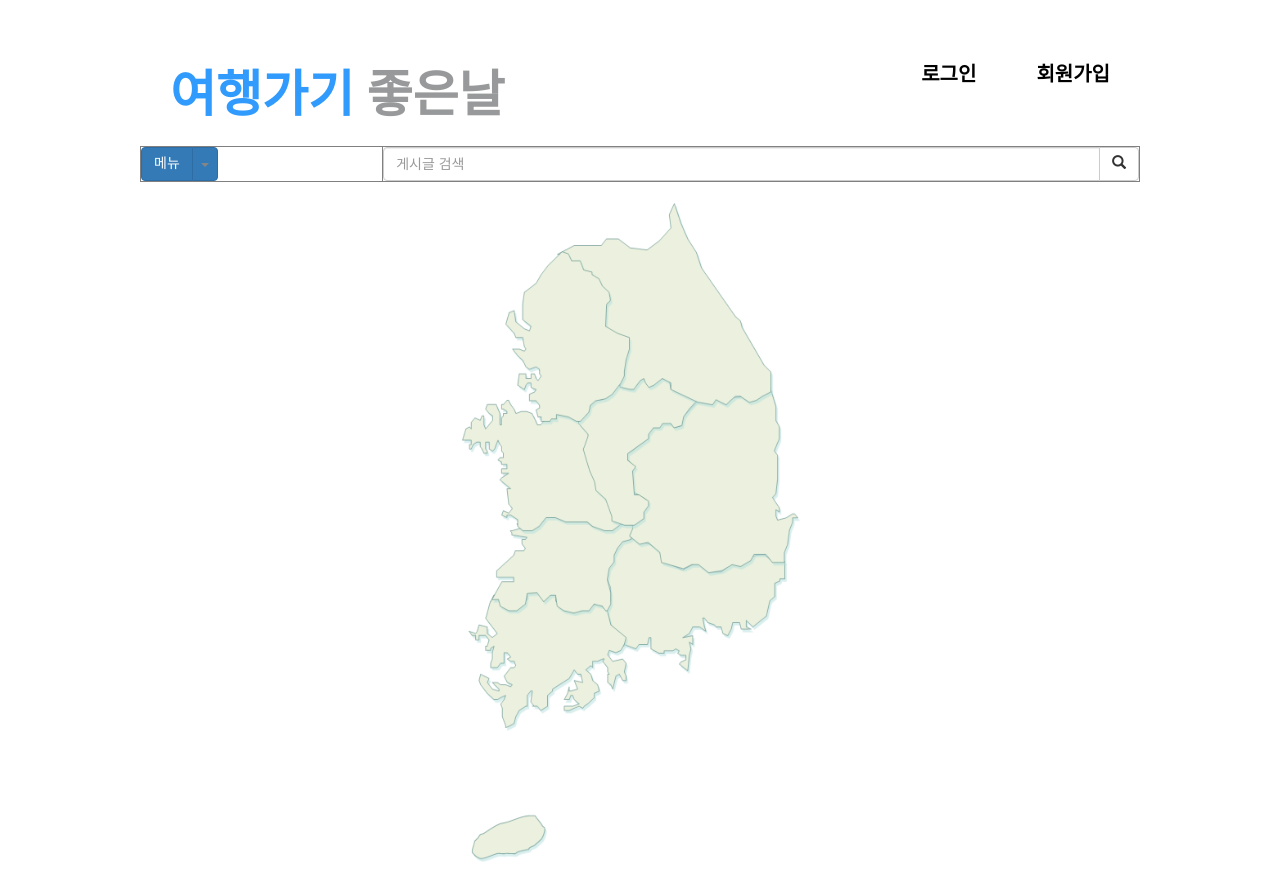
Repository: Hotmintchoco/teamProject1
Page: http://localhost/tripProject/mypage.jsp
The author's editor kept a copy of each file at every save. The page is drawn from the files as they stood at one save, then again after the next save.
The browser window is 1280 px wide. The pictures show the whole page.
Some web fonts or font styles are not loaded; a fallback is used. The page is served by Tomcat 9. Nobody is signed in. The application's start-up code is not run. Other server files are loaded and not shown.

Above is the page before, as saved 2022-07-02 11:39:27.

### tripProject/src/main/webapp/mypage.jsp
<%@ page language="java" contentType="text/html; charset=UTF-8"
    pageEncoding="UTF-8"%>
<!DOCTYPE html>
<html>
<head>
<meta charset="UTF-8">
    <meta name="viewport" content="width=device-width, initial-scale=1.0">
    <title>여행가기 좋은날</title>
    <link rel="preconnect" href="https://fonts.googleapis.com">
	<link rel="preconnect" href="https://fonts.gstatic.com" crossorigin>
	<link href="https://fonts.googleapis.com/css2?family=Gugi&display=swap" rel="stylesheet">
    <link rel="stylesheet" href="fontawesome/css/all.min.css"> <!-- https://fontawesome.com/ -->
    <link rel="stylesheet" href="css/magnific-popup.css">
    <link rel="stylesheet" href="css/templatemo-ocean-vibes.css">
    <link rel="stylesheet" href="https://maxcdn.bootstrapcdn.com/bootstrap/3.4.1/css/bootstrap.min.css">
    <script src="https://ajax.googleapis.com/ajax/libs/jquery/3.6.0/jquery.min.js"></script>
  	<script src="https://maxcdn.bootstrapcdn.com/bootstrap/3.4.1/js/bootstrap.min.js"></script>

    <style>
    	* {font-family: 'Gugi', cursive}
        ul,ol.li {list-style: none; margin: 0; padding: 0;}
        nav {width: 1000px; height: 50px; margin:0 auto;}
	    nav > ul > li > a {float: right; color: black; font-size: 20px;
            text-decoration: none; margin: 0px 30px 0 30px;
            font-weight: bold;}
        #slider {width: 1000px; height: 700px; margin: 0 auto;}
        #slider > img {margin-left: 250px;}
        .tm-mt-0 {float: left; font-size: 50px;}
        #menubar {width: 1000px; margin: 0 auto;}
    </style>
</head>
<body>
    <header class="tm-site-header">
        <div>
            <nav>
                <ul>
                    <li><a href="#">회원가입</a></li>
                    <li><a href="#">로그인</a></li>
                    <li><a href="mypage.jsp" class="tm-mt-0 tm-mb-15"><span class="tm-color-primary">여행가기</span> <span class="tm-color-gray-2">좋은날</span></a></li>
                </ul>
            </nav>
        </div>
    </header>
    <div id="menubar">
		<table border="" style="width: 100%;">
			<tbody>
				<tr style="width: 100%;">
					<td style="width: 24%;">
						<div class="btn-group">
							<button type="button" class="btn btn-primary">메뉴</button>
							<button type="button" class="btn btn-primary dropdown-toggle"
								data-toggle="dropdown">
								<span class="caret"></span>
							</button>
							<ul class="dropdown-menu" role="menu">
								<li><a href="#">코스</a></li>
								<li><a href="#">축제</a></li>
								<li><a href="#">이벤트</a></li>
							</ul>
						</div>
					</td>
					<td style="width: 75%;">
					<form action="memberForm.jsp">
						<div class="input-group">
							<input type="text" class="form-control" name="search"
								placeholder="게시글 검색">
							<div class="input-group-btn">
								<button class="btn btn-default" type="submit">
									<i class="glyphicon glyphicon-search"></i>
								</button>
							</div>
						</div>
					</form>
					</td>
				</tr>
			</tbody>
		</table>
    </div>

	<div id="slider">
        <img src="img/koreaMap2.png" alt="Map" width="450px" height="700px">
    </div>

    <script src="js/jquery-3.4.1.min.js"></script>
    <script src="js/imagesloaded.pkgd.min.js"></script>
    <script src="js/isotope.pkgd.min.js"></script>
    <script src="js/jquery.magnific-popup.min.js"></script>
    <script src="js/templatemo-script.js"></script>
</body>
</html>

### tripProject/src/main/webapp/css/templatemo-ocean-vibes.css
/*

TemplateMo 554 Ocean Vibes

https://templatemo.com/tm-554-ocean-vibes

*/

html { overflow-x: hidden; }

body {
    font-family: 'Source Sans Pro', sans-serif;
    font-size: 19px;
    line-height: 1.8em;
    overflow-x: hidden;
}

p, span, em, a, address { color: #848586; }
h2, p {
    margin-top: 0;
}

a:hover, a.active { color: #309AFD; }

.tm-btn {
    padding: 10px 40px;
    color: white;
    background-color: #3299CD;
    display: inline-block;
    border: none;
    cursor: pointer;
    font-size: 1.2rem;
    transition: all 0.3s ease;
}

button.tm-btn {
    padding: 15px 40px;
}

.tm-btn:hover {
    color: white;
    background-color: #49b4e9;
}

h1 { font-size: 3rem; }
em { display: block; }
div { box-sizing: border-box;}
.tm-mt-35 { margin-top: 35px; }
.tm-mb-0 { margin-bottom: 0; }
.tm-mb-15 { margin-bottom: 15px; }
.tm-mb-30 { margin-bottom: 30px; }
.tm-mb-40 { margin-bottom: 40px; }
.tm-mb-50 { margin-bottom: 50px; }
.tm-mb-80 { margin-bottom: 80px; }
.tm-text-center { text-align: center; }
.tm-text-right { text-align: right; }
.tm-color-primary { color: #309AFD; }
.tm-color-gray { color: #666768; }
.tm-color-gray-2 { color: #98999A; }
.tm-color-light-gray { color: #9E9FA0; }
.tm-bg-white { background-color: #FFF; }
.tm-bg-gray { background-color: #F1F2F3; }
blockquote { margin: 0 0 30px 10px; }
img { max-width: 100%; }
.tm-page-title { font-size: 30px; }

body, ul {
    margin: 0;
    padding: 0;
}

a {
    text-decoration: none;
    transition: all 0.3s ease;
}

.tm-mt-0 { margin-top: 0; }

.tm-site-header {
    padding: 60px 70px 30px;
}

.tm-tagline {
    font-size: 1.5rem;
    margin-left: 130px;
}

#tm-video-container {
    max-height: 400px;
    overflow: hidden;
    background-color: #333;
    margin-bottom: 90px;
    position: relative;
}

#tm-video {
    width: 100%;
    height: auto;
}

#tm-video-control-button {
    position: absolute;
    bottom: 20px;
    right: 20px;
    z-index: 1000;
    color: #e1e1e1;
}

.tm-nav-item {
    list-style: none;
    margin: 22px;
}

.tm-nav-link {
    display: flex;
    align-items: center;
    flex-direction: column;
    width: 200px;
    height: 200px;
    padding: 30px;
    border: 1px solid #D2D3D4;
    color: #999;
    box-sizing: border-box;
}

.tm-nav-link:hover,
.tm-nav-link.active {
    color: #309AFD;
}

.tm-nav-link i {
    margin-top: 30px;
    color: #309AFD;
}

.tm-main-nav ul {
    display: flex;
    flex-wrap: wrap;
    margin-left: auto;
    margin-right: auto;
}

.tm-container {
    max-width: 1254px;
    padding-left: 15px;
    padding-right: 15px;
    margin: 0 auto 135px;
}

.tm-footer {
    display: flex;
    justify-content: space-between;
    padding: 25px;
    font-size: 0.9em;
}

.tm-close-popup {
    text-align: right;
    display: block;
}

.tm-close-popup i {
    margin-left: 10px;
    margin-right: 10px;
}

.tm-row {
    display: flex;
}

.tm-col-6 {
    flex: 0 0 50%;
}

.tm-intro-pad {
    padding: 40px 55px 50px;
}

.tm-intro-col-l {
    margin-right: 40px;
}

/* text-based popup styling */
.popup {
    position: relative;
    padding: 12px 10px 35px;
    width:auto;
    max-width: 1200px;
    margin: 0 auto;
}

/*

====== Move-from-top effect ======

*/
.mfp-move-from-top .mfp-with-anim {
    opacity: 0;
    transition: all 0.2s;
    transform: translateY(-100px);
}
.mfp-move-from-top.mfp-bg {
    opacity: 0;
    transition: all 0.2s;
}
.mfp-move-from-top.mfp-ready .mfp-with-anim {
    opacity: 1;
    transform: translateY(0);
}
.mfp-move-from-top.mfp-ready.mfp-bg {
    opacity: 0.8;
}
.mfp-move-from-top.mfp-removing .mfp-with-anim {
    transform: translateY(-50px);
    opacity: 0;
}
.mfp-move-from-top.mfp-removing.mfp-bg {
    opacity: 0;
}

button.mfp-arrow {
    display: none;
}

/* Intro */
.tm-intro-img {
    max-width: 300px;
    max-height: 600px;
}

/* Gallery */
.tm-gallery {
    flex: 0 0 68%;
    margin: 0 20px;
}

.tm-gallery-container {
    position: relative;
    max-width: 800px;
    margin: 0 -10px;
	list-style: none;
    text-align: center;
}

.tm-paging {
    overflow: auto;
    margin-top: 25px;
}

.tm-paging li {
    list-style: none;
}

.tm-paging-link {
    display: flex;
    float: left;
    width: 40px;
    height: 40px;
    align-items: center;
    justify-content: center;
    background: white;
    color: #999;
    margin-right: 15px;
    margin-bottom: 15px;
}

a.tm-paging-link.active,
a.tm-paging-link:hover {
    background: #309AFD;
    color: white;
}

.tm-gallery-right {
    flex: 0 0 26%;
    margin-left: 15px;
}

.tm-gallery-links {
    margin-left: 35px;
    margin-bottom: 55px;
}

.tm-gallery-links li {
    list-style: none;
    margin-bottom: 20px;
}

.tm-gallery-link-icon {
    display: inline-block;
    width: 30px;
}

.tm-gallery-item {
    overflow: hidden;
    margin: 15px 10px;
    min-width: 180px;
    max-width: 180px;
    max-height: 240px;
    width: 25%;
    background: #3085a3;
    text-align: center;
    cursor: pointer;
}

.tm-gallery-container figure img {
    position: relative;
    display: block;
    min-height: 100%;
    max-width: 100%;
    opacity: 0.9;
}

.tm-gallery-container figure figcaption {
	padding: 2em;
	color: #fff;
	text-transform: uppercase;
	font-size: 1.25em;
	-webkit-backface-visibility: hidden;
	backface-visibility: hidden;
}

.tm-gallery-container figure figcaption::before,
.tm-gallery-container figure figcaption::after {
	pointer-events: none;
}

.tm-gallery-container figure figcaption,
.tm-gallery-container figure figcaption > a {
	position: absolute;
	top: 0;
	left: 0;
	width: 100%;
	height: 100%;
}

/* Anchor will cover the whole item by default */
/* For some effects it will show as a button */
.tm-gallery-container figure h2 {
	word-spacing: -0.15em;
	font-weight: 300;
}

.tm-gallery-container figure h2 span {
	font-weight: 800;
}

.tm-gallery-container figure h2,
.tm-gallery-container figure p {
	margin: 0;
}

.tm-gallery-container figure p {
	letter-spacing: 1px;
	font-size: 68.5%;
}

/*---------------*/
/***** Chico *****/
/*---------------*/

figure.effect-chico img {
	-webkit-transition: opacity 0.35s, -webkit-transform 0.35s;
	transition: opacity 0.35s, transform 0.35s;
	-webkit-transform: scale(1.12);
	transform: scale(1.12);
}

figure.effect-chico:hover img {
	opacity: 0.5;
	-webkit-transform: scale(1);
	transform: scale(1);
}

figure.effect-chico figcaption {
    padding: 1em;
    box-sizing: border-box;
    display: flex;
    align-items: center;
}

figure.effect-chico figcaption::before {
	position: absolute;
	top: 15px;
	right: 15px;
	bottom: 15px;
	left: 15px;
	border: 1px solid #fff;
	content: '';
	-webkit-transform: scale(1.1);
	transform: scale(1.1);
}

figure.effect-chico figcaption::before,
figure.effect-chico p {
	opacity: 0;
	-webkit-transition: opacity 0.35s, -webkit-transform 0.35s;
	transition: opacity 0.35s, transform 0.35s;
}

figure.effect-chico h2 {
	padding: 20% 0 20px 0;
}

figure.effect-chico p {
    color: white;
	margin: 0 auto;
	max-width: 200px;
	-webkit-transform: scale(1.5);
	transform: scale(1.5);
}

figure.effect-chico:hover figcaption::before,
figure.effect-chico:hover p {
	opacity: 1;
	-webkit-transform: scale(1);
	transform: scale(1);
}

/* Testimonials */
.tm-testimonials-inner {
    padding: 0 20px 30px;
}

.tm-testimonial-col {
    flex: 0 0 33.3334%;
    padding-left: 20px;
    padding-right: 20px;
}

/* About */
.mapouter{
    position:relative;
    height:250px;
    width:100%;
}

.gmap_canvas {
    overflow:hidden;
    background:none!important;
    height:250px;
    width:100%;
}
.tm-contact-row {
    max-width: 1045px;
}
.tm-about-col {
    margin-left: 40px;
    margin-right: 40px;
    max-width: 500px;
}

/* Contact */
#contact {
    padding-bottom: 65px;
}
.tm-contact-col {
    flex: 0 0 50%;
    padding-left: 40px;
}

.tm-contact-col-r {
    padding-left: 0;
    padding-right: 30px;
}

.tm-contact-form {
    max-width: 350px;
    margin-left: 40px;
    margin-right: 40px;
}

.form-control {
    font-family: 'Source Sans Pro', sans-serif;
    font-size: 1.2rem;
    border: 1px solid #D5D6D7;
    box-sizing: border-box;
    padding: 15px;
    width: 100%;
}

.form-group {
    margin-bottom: 25px;
}

select:not([multiple]) {
    -webkit-appearance: none;
    -moz-appearance: none;
    background-position: right 15px center;
    background-repeat: no-repeat;
    background-image: url(../img/select-arrow.png);
    padding: 14px 20px;
    padding-right: 20px;
    color: #666;
}

.tm-contact-links li {
    list-style: none;
    margin-bottom: 10px;
}

.tm-contact-link-icon {
    margin-right: 15px;
}

address {
    font-style: normal;
}

@media (max-width: 850px) {
    .tm-contact-row {
        flex-direction: column;
    }

    .tm-contact-col {
        flex: 0 0 100%;
        max-width: 100%;
        padding-left: 30px;
        padding-right: 30px;
    }

    .tm-contact-form {
        max-width: 100%;
        margin-left: 0;
        margin-right: 0;
        margin-bottom: 50px;
    }
}

@media (max-width: 700px) {
    .tm-about-row {
        flex-direction: column;
    }
    .tm-about-col {
        flex: 0 0 100%;
    }
}

@media (max-width: 1264px) {
    .tm-main-nav ul {
        max-width: 976px;
    }
}

@media (max-width: 1020px) {
    .tm-main-nav ul {
        max-width: 732px;
    }
}

@media (max-width: 776px) {
    .tm-main-nav ul {
        max-width: 488px;
    }
}

@media (max-width: 532px) {
    .tm-main-nav ul {
        max-width: 244px;
    }
}

@media (max-width: 992px) {
    .tm-testimonial-row {
        flex-wrap: wrap;
    }
    .tm-testimonial-col {
        flex: 100%;
        margin-bottom: 50px;
    }

    .tm-testimonial-col:last-child {
        margin-bottom: 0;
    }

    .tm-testimonial-col-2 {
        flex: 50%;
    }
}

@media (max-width: 635px) {
    .tm-testimonial-col-2 {
        flex: 100%;
    }
}

@media (max-width: 902px) {
    .tm-gallery {
        flex: 0 0 50%;
    }
    .tm-gallery-right {
        flex: 0 0 38%;
    }
}

@media (max-width: 805px) {
    .tm-gallery-row {
        flex-direction: column-reverse;
    }
    .tm-gallery {
        flex: 0 0 100%;
    }
    .tm-gallery-right {
        flex: 0 0 100%;
        margin-left: 20px;
        margin-right: 20px;
    }

    .tm-gallery-right-inner {
        display: flex;
        flex-direction: column-reverse;
    }

    .tm-gallery-links {
        display: flex;
        flex-wrap: wrap;
        margin-top: 20px;
        margin-bottom: 0;
        margin-left: 0;
    }

    .tm-gallery-links li {
        margin-right: 20px;
    }
}

@media (max-width: 850px) {
    .tm-content-row {
        flex-direction: column;
    }

    .tm-intro-col-l {
        margin-right: 0;
    }
}

@media (max-width: 650px) {
    .tm-intro-row {
        flex-direction: column;
    }

    .tm-intro-img {
        max-width: 100%;
        max-height: none;
    }
}

@media (max-width: 540px) {
    .tm-footer {
        flex-direction: column;
        align-items: center;
    }
}

@media (max-width: 558px) {
    .tm-site-header {
        padding-left: 30px;
        padding-right: 30px;
    }

    .tm-tagline {
        margin-left: 30px;
    }
}

### tripProject/src/main/webapp/js/templatemo-script.js
/**
 * Credits
 * Isotope with paging: https://codepen.io/TimRizzo/details/ervrRq
 * CSS3 animation effects for Magnific Popup: https://codepen.io/dimsemenov/pen/GAIkt
 */

$(document).ready(function () {

    /*************** Gallery ******************/

    var itemSelector = ".tm-gallery-item";
    var responsiveIsotope = [ [480, 4], [720, 6] ];
    var itemsPerPageDefault = 8;
    var itemsPerPage = defineItemsPerPage();
    var currentNumberPages = 1;
    var currentPage = 1;
    var currentFilter = '*';
    var filterValue = "";
    var pageAttribute = 'data-page';
    var pagerClass = 'isotope-pager';
    var $container = $('.tm-gallery-container').isotope({
        itemSelector: itemSelector
    });

    function adjustGalleryLayout(currentPopup) {
        if(currentPopup == 'gallery') {
            // layout Isotope after each image loads
            $container.imagesLoaded().progress( function() {
                $container.isotope('layout');
            });
        }
    }

    /************** Popup *****************/

    $('#inline-popups').magnificPopup({
        delegate: 'a',
        removalDelay: 500, //delay removal by X to allow out-animation
        callbacks: {
            beforeOpen: function() {
                this.st.mainClass = this.st.el.attr('data-effect');
            },
            open: function() {
                adjustGalleryLayout($.magnificPopup.instance.content.attr('id'));
            }
        },
        midClick: true, // allow opening popup on middle mouse click. Always set it to true if you don't provide alternative source.
        showCloseBtn: false
    });

    $('.tm-close-popup').on( "click", function() {
        $.magnificPopup.close();
    });

    var popupInstance = $.magnificPopup.instance;

    $('.tm-btn-next').on("click", function(e) {
        popupInstance.next();
        adjustGalleryLayout(popupInstance.content.attr('id'));
    });

    $('.tm-btn-contact').on("click", function(e) {
        popupInstance.goTo(4);
    })

    // update items based on current filters
    function changeFilter(selector) { $container.isotope({ filter: selector }); }

    // grab all checked filters and goto page on fresh isotope output
    function goToPage(n) {
        currentPage = n;
        var selector = itemSelector;
        var exclusives = [];

        if(currentFilter != '*') {
            exclusives.push(selector + '.' + currentFilter);
        }

        // smash all values back together for 'and' filtering
        filterValue = exclusives.length ? exclusives.join('') : '*';

        // add page number to the string of filters
        var wordPage = currentPage.toString();
        filterValue += ('.'+wordPage);
        changeFilter(filterValue);
    }

    // determine page breaks based on window width and preset values
    function defineItemsPerPage() {
        var pages = itemsPerPageDefault;

        for( var i = 0; i < responsiveIsotope.length; i++ ) {
            if( $(window).width() <= responsiveIsotope[i][0] ) {
                pages = responsiveIsotope[i][1];
                break;
            }
        }
        return pages;
    }

    function setPagination() {

        var SettingsPagesOnItems = function(){
            var itemsLength = $container.children(itemSelector).length;
            var pages = Math.ceil(itemsLength / itemsPerPage);
            var item = 1;
            var page = 1;
            var selector = itemSelector;
            var exclusives = [];

                if(currentFilter != '*') {
                    exclusives.push(selector + '.' + currentFilter);
                }

                // smash all values back together for 'and' filtering
                filterValue = exclusives.length ? exclusives.join('') : '*';

                // find each child element with current filter values
                $container.children(filterValue).each(function(){
                    // increment page if a new one is needed
                    if( item > itemsPerPage ) {
                        page++;
                        item = 1;
                    }
                    // add page number to element as a class
                    wordPage = page.toString();

                    var classes = $(this).attr('class').split(' ');
                    var lastClass = classes[classes.length-1];
                    // last class shorter than 4 will be a page number, if so, grab and replace
                    if(lastClass.length < 4){
                        $(this).removeClass();
                        classes.pop();
                        classes.push(wordPage);
                        classes = classes.join(' ');
                        $(this).addClass(classes);
                    } else {
                        // if there was no page number, add it
                       $(this).addClass(wordPage);
                    }
                    item++;
                });
            currentNumberPages = page;
        }();

        // create page number navigation
        var CreatePagers = function() {

            var $isotopePager = ( $('.'+pagerClass).length == 0 ) ? $('<div class="'+pagerClass+' tm-paging"></div>') : $('.'+pagerClass);

            $isotopePager.html('');
            if(currentNumberPages > 1){
                for( var i = 0; i < currentNumberPages; i++ ) {
                    var $pager = '';

                    if(currentPage == i+1) {
                        $pager = $('<a href="javascript:void(0);" class="pager active tm-paging-link" '+pageAttribute+'="'+(i+1)+'"></a>');
                    } else {
                        $pager = $('<a href="javascript:void(0);" class="pager tm-paging-link" '+pageAttribute+'="'+(i+1)+'"></a>');
                    }

                    $pager.html(i+1);

                    $pager.click(function(){
                        $('.tm-paging-link').removeClass('active');
                        $(this).addClass('active');
                        var page = $(this).eq(0).attr(pageAttribute);
                        goToPage(page);
                    });
                    $pager.appendTo($isotopePager);
                }
            }
            $container.after($isotopePager);
        }();
    }

    setPagination();
    goToPage(1);

    //event handlers
    $('.tm-gallery-link').click(function(e) {
        var filter = $(this).data('filter');
        currentFilter = filter;
        setPagination();
        goToPage(1);
        $('.tm-gallery-link').removeClass('active');
        $(e.target).addClass('active');
    })

    //Handle window resize
    $(window).resize(function(){
        itemsPerPage = defineItemsPerPage();
        setPagination();
        goToPage(1);
    });

    /************** Video background *********/

    function setVideoSize() {
        const vidWidth = 1280;
        const vidHeight = 720;
        const maxVidHeight = 400;
        let windowWidth = window.innerWidth;
        let newVidWidth = windowWidth;
        let newVidHeight = windowWidth * vidHeight / vidWidth;
        let marginLeft = 0;
        let marginTop = 0;

        if (newVidHeight < maxVidHeight) {
            newVidHeight = maxVidHeight;
            newVidWidth = newVidHeight * vidWidth / vidHeight;
        }

        if(newVidWidth > windowWidth) {
            marginLeft = -((newVidWidth - windowWidth) / 2);
        }

        if(newVidHeight > maxVidHeight) {
            marginTop = -((newVidHeight - $('#tm-video-container').height()) / 2);
        }

        const tmVideo = $('#tm-video');

        tmVideo.css('width', newVidWidth);
        tmVideo.css('height', newVidHeight);
        tmVideo.css('margin-left', marginLeft);
        tmVideo.css('margin-top', marginTop);
    }

    setVideoSize();

    // Set video background size based on window size
    let timeout;
    window.onresize = function () {
        clearTimeout(timeout);
        timeout = setTimeout(setVideoSize, 100);

        adjustIntroImg();
    };

    // Play/Pause button for video background
    const btn = $("#tm-video-control-button");

    btn.on("click", function (e) {
        const video = document.getElementById("tm-video");
        $(this).removeClass();

        if (video.paused) {
            video.play();
            $(this).addClass("fas fa-pause");
        } else {
            video.pause();
            $(this).addClass("fas fa-play");
        }
    });


    // Adjust intro image based on the screen size
    adjustIntroImg();

    function adjustIntroImg() {
        var img = 'img/';

        if(window.innerWidth > 650) {
            img += 'intro.jpg';
        } else {
            img += 'intro-big.jpg';
        }

        $('.tm-intro-img').attr('src', img);
    }
});

Loaded but not shown: tripProject/src/main/webapp/fontawesome/css/all.min.css (library); tripProject/src/main/webapp/css/magnific-popup.css (library); tripProject/src/main/webapp/js/jquery-3.4.1.min.js (library); tripProject/src/main/webapp/js/imagesloaded.pkgd.min.js (library); tripProject/src/main/webapp/js/isotope.pkgd.min.js (library); tripProject/src/main/webapp/js/jquery.magnific-popup.min.js (library)

After the next save:
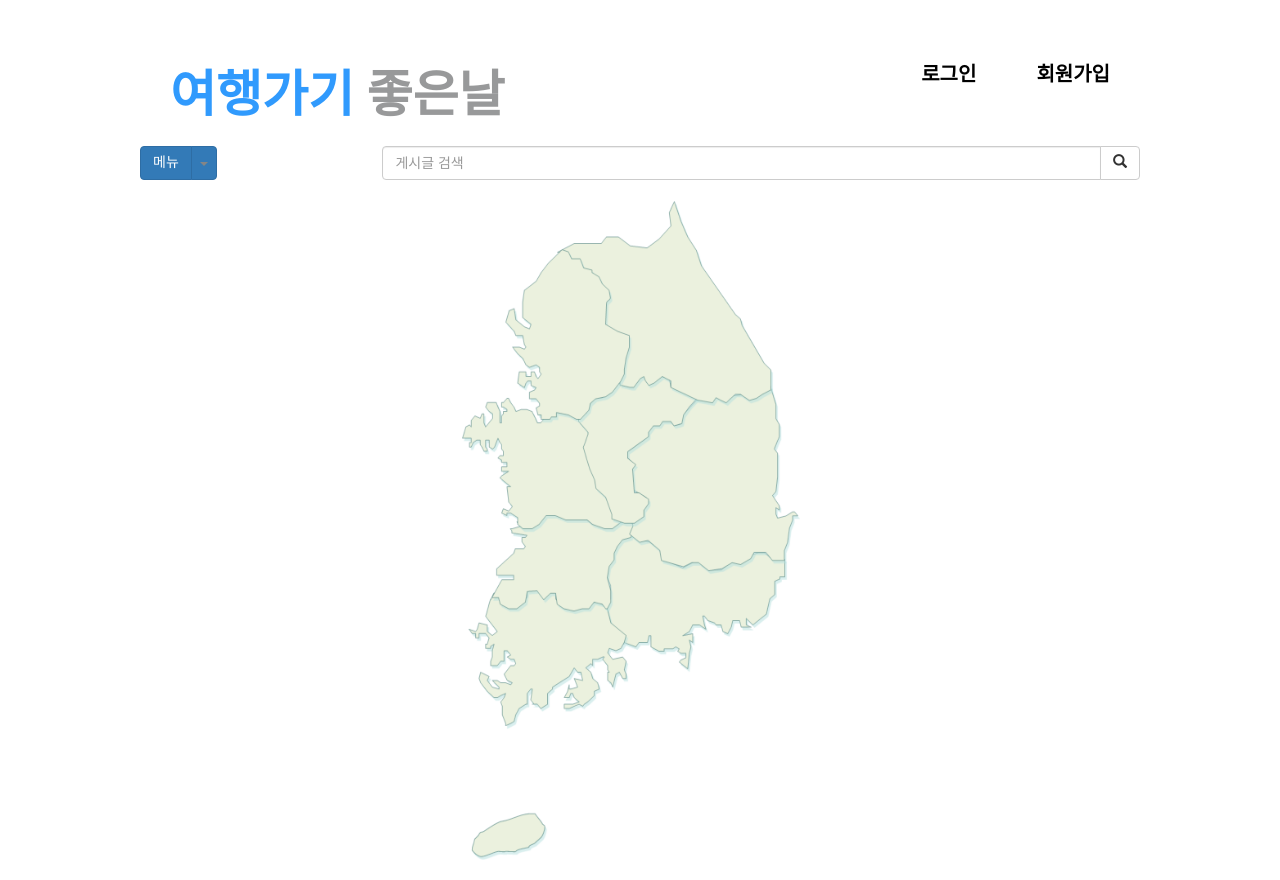
Saved 32 s later.
--- a/tripProject/src/main/webapp/mypage.jsp
+++ b/tripProject/src/main/webapp/mypage.jsp
@@ -42,7 +42,7 @@
         </div>
     </header>
     <div id="menubar">
-		<table border="" style="width: 100%;">
+		<table style="width: 100%;">
 			<tbody>
 				<tr style="width: 100%;">
 					<td style="width: 24%;">
